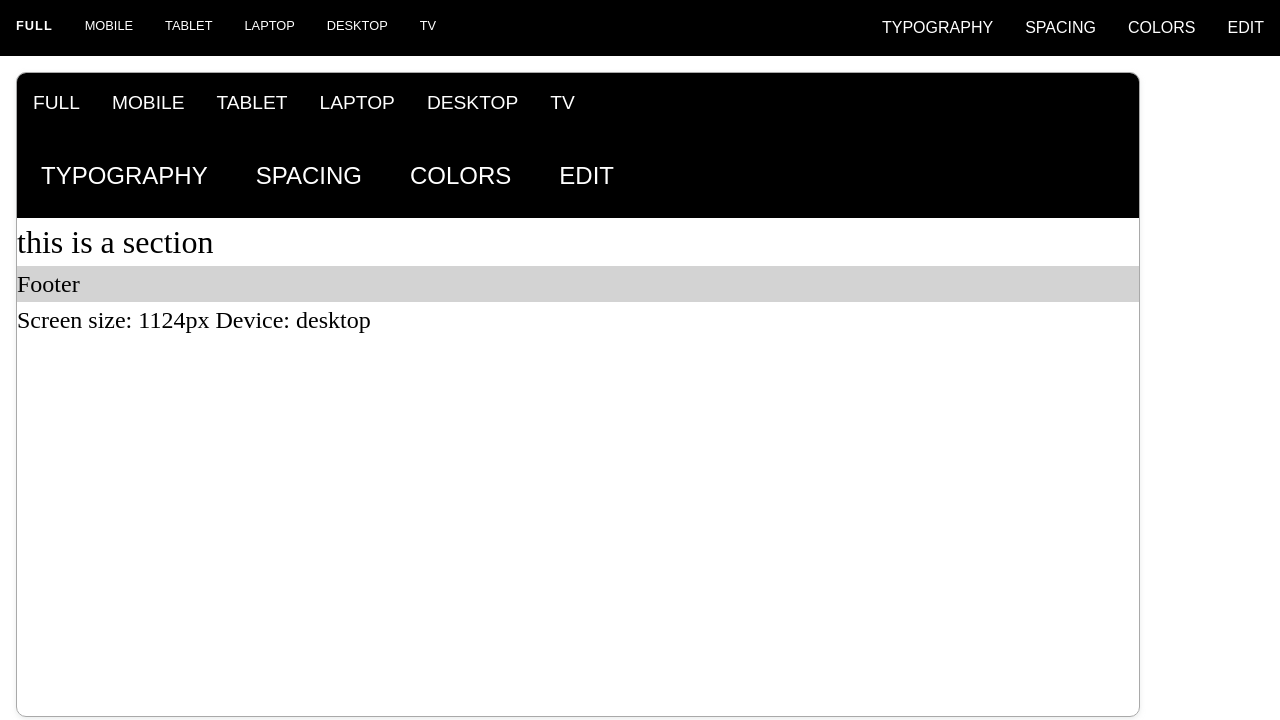
Repository: Terrycoco/coco-playground
Page: /, after clicking the first element matching `#mobile`
These files come from the project's save history. The page is drawn as it stood at one moment and after the next save; the edit follows.
The browser window is 1280 px wide. The pictures show the whole page.
The project was rebuilt for these pictures with package versions that can differ from the ones it lists, and the page was loaded fresh each time. The framework's server and built-in components were replaced by stand-ins that run in the browser. Also part of the build but not shown: next.config.js.

Above is the page before, as saved 2023-03-20 10:53:27.

### src/app/layout.js
//THIS FILE DEFINES BASIC HTML FOR WHOLE SITE
//YOU CAN OVERWRITE ANY METADATA IN INDIVIDUAL ROUTES ALSO
"use client";
import { Providers } from "./store/provider";
import "./globals.css";
import Header from "@/components/layout/Header.js";

import Footer from "@/components/layout/Footer";
import ScreenEmulator from "@/components/layout/ScreenEmulator";

//can't use metadata on files that use client
// export const metadata = {
//   title: "Theme Playground",
//   description: "Theme Playground By Coco",
// };

export default function RootLayout({ children }) {
  return (
    <html lang="en">
      <head>
        <title>Coco Theme Playground</title>
      </head>

      <body>
        <Providers>
          <>
            <Header />
            <ScreenEmulator>
              {children}
              <Footer />
            </ScreenEmulator>
          </>
        </Providers>
      </body>
    </html>
  );
}

### src/app/page.js
"use client";
import { useSelector, useDispatch } from "react-redux";
import { selectTheme } from "./store/slices/themeSlice";

export default function Page() {
  const theme = useSelector(selectTheme);
  console.log("page recd theme:", theme);
  return (
    <main>
      <section>this is a section</section>
    </main>
  );
}

// <section id="theme" style={getContainerStyle("section")}>
// <h1 style={getHStyle("h1")}>
//   This the result of your Theme{"   "}
//   <span style={styles.smgray}>(h1)</span>
// </h1>
// <h2 style={getHStyle("h2")}>
//   Your Default Styles Are Shown{"   "}
//   <span style={styles.smgray}>(h2)</span>
// </h2>
// <h3 style={getHStyle("h3")}>
//   You selected {`${levCount - 1}`} levels of headings.
//   <span style={styles.smgray}>(h3)</span>
// </h3>

// <h4 style={getHStyle("h4")}>
//   I am a heading level 4 {"   "}
//   <span style={styles.smgray}>(h4)</span>
// </h4>

// <h5 style={getHStyle("h5")}>
//   I am a heading level 5{"   "}
//   <span style={styles.smgray}>(h5)</span>
// </h5>

// <h6 style={getHStyle("h6")}>
//   I am a heading level 6{"   "}
//   <span style={styles.smgray}>(h6)</span>
// </h6>

// <p data-el="p" style={getTextStyle("p")}>
//   Your theme settings will show up here. These are the default styles
//   for each element, which will be consistent across your project. You
//   can, of course, alter them for individual elements as you see fit.{" "}
//   <span style={styles.smgray}>(p)</span>
// </p>
// <p data-el="p" style={getTextStyle("p")}>
//   This is the paragraph element. To set the font scale among the
//   different headings and at different screen resolutions, go to{" "}
//   <b>SCALE</b>. The rest of the paragraph settings can be found by
//   clicking <b>TEXT</b> <span style={styles.smgray}>(p)</span>
// </p>

// <p data-el="p" style={getTextStyle("p")}>
//   Don't like the spacing? Click <b>CONTAINERS</b> to set default padding
//   and margins for container elements like sections, the header and
//   footer, between paragraphs, etc.{" "}
//   <span style={styles.smgray}>(p)</span>
// </p>
// </section>
// <section id="colors" style={getContainerStyle("section")}>
// <h1 style={getHStyle("h1")}>
//   This the result of your Theme{"   "}
//   <span style={styles.smgray}>(h1)</span>
// </h1>
// <h2 style={getHStyle("h2")}>
//   Your Default Styles Are Shown{"   "}
//   <span style={styles.smgray}>(h2)</span>
// </h2>
// <h3 style={getHStyle("h3")}>
//   You selected {`${levCount - 1}`} levels of headings.
//   <span style={styles.smgray}>(h3)</span>
// </h3>

// <h4 style={getHStyle("h4")}>
//   I am a heading level 4 {"   "}
//   <span style={styles.smgray}>(h4)</span>
// </h4>

// <h5 style={getHStyle("h5")}>
//   I am a heading level 5{"   "}
//   <span style={styles.smgray}>(h5)</span>
// </h5>

// <h6 style={getHStyle("h6")}>
//   I am a heading level 6{"   "}
//   <span style={styles.smgray}>(h6)</span>
// </h6>

// <p data-el="p" style={getTextStyle("p")}>
//   Your typography styles will show up here. These are the default styles
//   for each element, which will be consistent across your project. You
//   can, of course, alter them for individual elements as you see fit.{" "}
//   <span style={styles.smgray}>(p)</span>
// </p>
// <p data-el="p" style={getTextStyle("p")}>
//   This is the paragraph element. To set the font scale among the
//   different headings and at different screen resolutions, go to{" "}
//   <b>SCALE</b>. The rest of the paragraph settings can be found by
//   clicking <b>TYPOGRAPHY</b> <span style={styles.smgray}>(p)</span>
// </p>

// <p data-el="p" style={getTextStyle("p")}>
//   Don't like the spacing? Click <b>SPACING</b> to set default padding
//   and margins for elements like sections, the header and footer, between
//   paragraphs, etc. <span style={styles.smgray}>(p)</span>
// </p>
// </section>

### src/app/store/provider.js
"use client";

import { Provider } from "react-redux";
import store from "./store";

export function Providers({ children }) {
  return <Provider store={store}>{children}</Provider>;
}

### src/app/globals.css
@import "./reset.css";

:root {
  font-size: 1rem;
}
body {
  margin: 0;
  min-height: 100vh;
}

header {
  background-color: black;
  color: white;
}

footer {
  background-color: lightgray;
  color: black;
}

section {
  font-size: 2rem;
}

### src/components/layout/Header.js
"use client";
import React from "react";
import { useSelector } from "react-redux";
import { selectTheme } from "@/slices/themeSlice";
import { selectVariables } from "@/slices/variablesSlice";
import DeviceMenu from "@/components/menus/DeviceMenu";
import MainMenu from "@/components/menus/MainMenu";

function Header() {
  const theme = useSelector(selectTheme);
  const variables = useSelector(selectVariables);

  const styles = {
    header: {
      display: "flex",
      justifyContent: "space-between",
      flexWrap: "wrap",
    },
  };

  const getHeaderStyles = () => {
    let styles = { ...theme.containers.header };
    styles.backgroundColor = variables[styles.backgroundColor];
    return styles;
  };

  return (
    <header style={styles.header}>
      <DeviceMenu />
      <MainMenu />
    </header>
  );
}

export default Header;

### src/components/layout/Footer.js
"use client";
import React from "react";

const Footer = () => {
  return <footer>Footer</footer>;
};

export default Footer;

### src/components/layout/ScreenEmulator.js
import { useState, useEffect } from "react";
import { useSelector } from "react-redux";
import { selectCurrentDevice, selectIsFullScreen } from "@/slices/uiSlice";
import { selectDevices, selectDeviceElements } from "@/slices/themeSlice";
import Header from "@/components/layout/Header";

const ScreenEmulator = ({ children, ...props }) => {
  const [width, setWidth] = useState("400px");
  const isFullScreen = useSelector(selectIsFullScreen);
  const device = useSelector(selectCurrentDevice);
  const devices = useSelector(selectDevices);
  const [baseFontSize, setBaseFontSize] = useState();
  const deviceFontSizes = useSelector(selectDeviceElements);

  //get some valid heights
  useEffect(() => {
    if (device && device.length > 0 && devices !== undefined) {
      if (isFullScreen) {
        setWidth(window.innerWidth);
      } else {
        console.log("device is:", device, "devices:", devices);
        let w = devices[device].min + 100 + "px";
        setWidth(w);
      }
      setBaseFontSize(deviceFontSizes[device].body.fontSize + "px");
    }
  }, [device, isFullScreen]);

  const getEmulation = () => {
    return {
      border: "1px solid darkgray",
      width: `${width}`,
      overflowX: "hidden",
      fontSize: `${baseFontSize}`,
      marginTop: "1rem",
      marginLeft: "1rem",
      height: window.innerHeight - 75 + "px",
      overflowY: "scroll",
      borderRadius: "10px",
      boxShadow: "rgba(213, 217, 217, 0.5) 0 2px 5px 0",
    };
  };

  if (isFullScreen == true) {
    return <>{children}</>;
  } else {
    return (
      <div style={getEmulation()}>
        <Header />
        {children}
        Screen size: {width} Device: {device}
      </div>
    );
  }
};

export default ScreenEmulator;

### src/app/store/slices/themeSlice.js
"use client";

import { createSlice, createSelector } from "@reduxjs/toolkit";
import { HYDRATE } from "next-redux-wrapper";
import { currentTheme } from "@/themes";

const initialState = {
  headingCount: currentTheme.headingCount,
  fonts: currentTheme.fonts,
  colors: currentTheme.colors,
  colorVariants: currentTheme.colorVariants,
  devices: currentTheme.devices,
  deviceElements: currentTheme.deviceElements,
  text: currentTheme.text,
  containers: currentTheme.containers,
};

export const themeSlice = createSlice({
  name: "theme",
  initialState,
  reducers: {
    updateText(state, action) {
      state.text[action.payload.element][action.payload.propName] =
        action.payload.value;
    },

    extraReducers: {
      [HYDRATE]: (state, action) => {
        return {
          ...state,
          ...action.payload.theme,
        };
      },
    },
  },
});

export const { updateText } = themeSlice.actions;
export const selectTheme = (state) => state.theme;
export const selectText = (state) => state.theme.text;
export const selectDevices = (state) => state.theme.devices;
export const selectDeviceElements = (state) => state.theme.deviceElements;
export default themeSlice.reducer;

### src/app/store/store.js
"use client"; //anything that will access redux must use client
import { configureStore } from "@reduxjs/toolkit";
import { themeSlice } from "./slices/themeSlice";
import { variablesSlice } from "./slices/variablesSlice";
import { uiSlice } from "./slices/uiSlice";

// config the store
const store = configureStore({
  reducer: {
    [themeSlice.name]: themeSlice.reducer,
    [variablesSlice.name]: variablesSlice.reducer,
    [uiSlice.name]: uiSlice.reducer,
  },
});

// export default the store
console.log("store:", store.getState());
export default store;

### src/app/reset.css
/* Box sizing rules */
*,
*::before,
*::after {
  box-sizing: border-box;
}

/* Remove default margin */
main,
html,
body,
h1,
h2,
h3,
h4,
h5,
h6,
p,
figure,
blockquote,
dl,
dd {
  margin: 0;
  padding: 0;
}

/* Remove list styles on ul, ol elements with a list role, which suggests default styling will be removed */
ul,
menu,
ol {
  list-style: none;
}

/* remove discs from list items */
li {
  list-style-type: none;
}

/* Set core root defaults */
html:focus-within {
  scroll-behavior: smooth;
}

/* Set core body defaults */
body {
  min-height: 100vh;
  text-rendering: optimizeSpeed;
  line-height: 1.5;
}

/* A elements that don't have a class get default styles */
a:not([class]) {
  text-decoration-skip-ink: auto;
}

/* Make images easier to work with */
img,
picture {
  max-width: 100%;
  display: block;
}

menu {
  margin-block-start: 0em;
  margin-block-end: 0em;
  margin-inline-start: 0px;
  margin-inline-end: 0px;
  padding-inline-start: 0px;
}

/* Inherit fonts for inputs and buttons */
input,
button,
textarea,
select {
  font: inherit;
}

/* remove any default font props */
body,
h1,
h2,
h3,
h4,
h5,
h6,
p {
  letter-spacing: normal;
  word-spacing: normal;
  line-height: 1.5;
  font-optical-sizing: auto;
}

/* Remove all animations, transitions and smooth scroll for people that prefer not to see them */
@media (prefers-reduced-motion: reduce) {
  html:focus-within {
    scroll-behavior: auto;
  }

  *,
  *::before,
  *::after {
    animation-duration: 0.01ms !important;
    animation-iteration-count: 1 !important;
    transition-duration: 0.01ms !important;
    scroll-behavior: auto !important;
  }
}

### src/app/store/slices/variablesSlice.js
import { createSlice } from "@reduxjs/toolkit";
import { HYDRATE } from "next-redux-wrapper";
import { currentTheme } from "@/themes";
import { updateColor, updateFont } from "@/app/store/sharedActions";

function toCSS(key) {
  var result = key.replace(/([A-Z])/g, " $1");
  return result.split(" ").join("-").toLowerCase();
}

const getFontVariable = (fontName) => {
  let str = fontName.replaceAll(" ", "-").toLowerCase();
  return `var(--font-${str})`;
};

const loadInitVariables = () => {
  let variables = {};
  let section, prefix;

  //fonts
  section = "fonts";
  prefix = "var(--font-";
  for (const key in currentTheme[section]) {
    variables[`${prefix}${key})`] = getFontVariable(currentTheme[section][key]);
  }

  //colors
  section = "colors";
  prefix = "var(--clr-";
  for (const key in currentTheme[section]) {
    variables[`${prefix}${key})`] = toCSS(currentTheme[section][key]);
  }

  //color variants
  section = "colorVariants";
  prefix = "var(--clr-";
  for (const key in currentTheme[section]) {
    variables[`${prefix}${key})`] = toCSS(currentTheme[section][key]);
  }

  return variables;
};

const initialState = loadInitVariables();

export const variablesSlice = createSlice({
  name: "variables",
  initialState,
  reducers: {
    updateVariable(state, action) {
      state[action.payload.key] = action.payload.value;
    },
  },
  extraReducers: (builder) => {
    builder
      .addCase(updateColor, (state, action) => {
        action.payload.map((obj) => {
          state[obj.themeVar] = obj.value;
        });
      })
      .addCase(updateFont, (state, action) => {
        console.log("got here:", action.payload);
        //theme variable (ie body) has been updated to another font
        state[action.payload.themeVar] = action.payload.fontVar;
      });
  },
});

export const { updateVariable } = variablesSlice.actions;
export const selectVariables = (state) => state.variables;
export default variablesSlice.reducer;

### src/components/menus/DeviceMenu.js
"use client";
import { useState, useEffect } from "react";
import { useSelector, useDispatch } from "react-redux";
import {
  selectCurrentDevice,
  updateCurrentDevice,
  updateIsFullScreen,
  selectIsFullScreen,
} from "@/slices/uiSlice";
import { selectDevices } from "@/slices/themeSlice";
import css from "./menu.module.css";

const DeviceMenu = () => {
  const currentDevice = useSelector(selectCurrentDevice);
  const fullScreen = useSelector(selectIsFullScreen);
  const dispatch = useDispatch();
  const devices = useSelector(selectDevices);
  const [userSize, setUserSize] = useState();
  const [userDevice, setUserDevice] = useState();

  useEffect(() => {
    setUserSize(window.innerWidth); //TODO MAKE RESPONSIVE
    let ud = getUserDevice(window.innerWidth, devices);
    console.log("userDevice:", ud);
    setUserDevice(ud);
    dispatch(updateCurrentDevice(ud));
  }, []);

  const styles = {
    menu: {
      display: "flex",
      flexDirection: "row",
      justifyContent: "space-evenly",
    },
    li: {
      fontFamily: "Arial",
      textTransform: "uppercase",
      fontSize: ".8em",
      padding: "1rem",
    },
  };

  const handleSelect = (e) => {
    const dev = e.target.id;
    if (dev === "full") {
      dispatch(updateIsFullScreen(true));
      dispatch(updateCurrentDevice(userDevice));
    } else {
      dispatch(updateCurrentDevice(dev));
      dispatch(updateIsFullScreen(false));
    }
  };

  return (
    <menu style={styles.menu}>
      <li id="full" style={styles.li} onClick={handleSelect} className={css.li}>
        Full
      </li>
      <li
        id="mobile"
        style={styles.li}
        className={css.li}
        onClick={handleSelect}
      >
        mobile
      </li>
      <li
        id="tablet"
        style={styles.li}
        className={css.li}
        onClick={handleSelect}
      >
        tablet
      </li>
      <li
        id="laptop"
        style={styles.li}
        className={css.li}
        onClick={handleSelect}
      >
        laptop
      </li>
      <li
        id="desktop"
        style={styles.li}
        className={css.li}
        onClick={handleSelect}
      >
        desktop
      </li>
      <li id="tv" style={styles.li} className={css.li} onClick={handleSelect}>
        tv
      </li>
    </menu>
  );
};

export default DeviceMenu;

function getUserDevice(size, devices) {
  for (const d in devices) {
    if (devices[d].min <= size && size <= devices[d].max) {
      return d;
    }
  }
}

### src/components/menus/MainMenu.js
"use client";
import React from "react";
import { useSelector } from "react-redux";
import { selectTheme } from "@/slices/themeSlice";
import { selectVariables } from "@/slices/variablesSlice";
import css from "./menu.module.css";

function MainMenu() {
  const theme = useSelector(selectTheme);
  const variables = useSelector(selectVariables);

  const styles = {
    menu: {
      display: "flex",
      justifyContent: "space-evenly",
    },
    li: {
      fontFamily: "Arial, Helvetica",
      fontSize: "1em",
      textTransform: "uppercase",
      padding: "1em",
    },
  };

  return (
    <menu style={styles.menu}>
      <li style={styles.li} className={css.li}>
        typography
      </li>
      <li style={styles.li} className={css.li}>
        spacing
      </li>
      <li style={styles.li} className={css.li}>
        colors
      </li>
      <li style={styles.li} className={css.li}>
        edit
      </li>
    </menu>
  );
}

export default MainMenu;

### src/app/store/slices/uiSlice.js
"use client";

//slice for ui state

import { createSlice, createSelector } from "@reduxjs/toolkit";
import { HYDRATE } from "next-redux-wrapper";

const initialState = {
  currentForm: "",
  currentDevice: "",
  isFullScreen: true,
  isDrawerOpen: false,
  currentTab: 1,
};

export const uiSlice = createSlice({
  name: "ui",
  initialState,
  reducers: {
    updateCurrentForm(state, action) {
      state.currentForm = action.payload;
    },
    updateCurrentTab(state, action) {
      state.currentTab = action.payload;
    },
    updateCurrentDevice(state, action) {
      console.log("updateDevice: ", action);
      state.currentDevice = action.payload;
    },
    updateIsDrawerOpen(state, action) {
      state.isDrawerOpen = action.payload;
    },
    updateIsFullScreen(state, action) {
      state.isFullScreen = action.payload;
    },

    extraReducers: {
      [HYDRATE]: (state, action) => {
        return {
          ...state,
          ...action.payload.ui,
        };
      },
    },
  },
});

export const {
  updateCurrentForm,
  updateCurrentDevice,
  updateCurrentTab,
  updateIsDrawerOpen,
  updateIsFullScreen,
} = uiSlice.actions;
export const selectCurrentDevice = (state) => state.ui.currentDevice;
export const selectCurrentTab = (state) => state.ui.currentTab;
export const selectCurrentForm = (state) => state.ui.currentForm;
export const selectIsDrawerOpen = (state) => state.ui.isDrawerOpen;
export const selectIsFullScreen = (state) => state.ui.isFullScreen;
export default uiSlice.reducer;

### src/themes/index.js
import init from "./init";

module.exports = { currentTheme: init };

### src/app/store/sharedActions.js
import { createAction } from "@reduxjs/toolkit";
const varKeys = [75, 50, 25, 10, 5];

const updateColor = createAction("UPDATE_COLOR", function prepare(obj) {
  //any time theme color is updated, so are variants so pass those in with the payload
  console.log("shared updateColor", obj);
  let key = obj.key;
  let payloadVal = [];
  let newhex = obj.value;
  if (key !== "error" && key !== "whitish") {
    varKeys.map((pct) => {
      let variantKey = `${key}${pct}`;
      let val = getPctOfHex(newhex, pct);
      payloadVal.push({
        key: variantKey,
        value: val,
        section: "variants",
        themeVar: `var(--clr-${variantKey})`,
      });
    });
  }
  //push original one
  payloadVal.push({
    key: key,
    value: newhex,
    section: "themed",
    themeVar: `var(--clr-${key})`,
  });
  //console.log("newpayload:", payloadVal);
  return { payload: payloadVal };
});

const updateFont = createAction("UPDATE_FONT", function prepare(obj) {
  console.log("fontobj:", obj);
  /*shape of font payload
      propName: "body",
      name: "Gelasio",
      themeVar: "var(--font-body)",
      fontVar: "var(--font-gelasio)" */

  return { payload: obj };
});

module.exports = { updateColor, updateFont };

// util functions to calculate variant values --------------
function hexToHSL(H) {
  // Convert hex to RGB first
  let r = 0,
    g = 0,
    b = 0;
  if (H.length == 4) {
    r = "0x" + H[1] + H[1];
    g = "0x" + H[2] + H[2];
    b = "0x" + H[3] + H[3];
  } else if (H.length == 7) {
    r = "0x" + H[1] + H[2];
    g = "0x" + H[3] + H[4];
    b = "0x" + H[5] + H[6];
  }
  // Then to HSL
  r /= 255;
  g /= 255;
  b /= 255;
  let cmin = Math.min(r, g, b),
    cmax = Math.max(r, g, b),
    delta = cmax - cmin,
    h = 0,
    s = 0,
    l = 0;

  if (delta == 0) h = 0;
  else if (cmax == r) h = ((g - b) / delta) % 6;
  else if (cmax == g) h = (b - r) / delta + 2;
  else h = (r - g) / delta + 4;

  h = Math.round(h * 60);

  if (h < 0) h += 360;

  l = (cmax + cmin) / 2;
  s = delta == 0 ? 0 : delta / (1 - Math.abs(2 * l - 1));
  s = +(s * 100).toFixed(1);
  l = +(l * 100).toFixed(1);

  return { h: h, s: s, l: l };
}
function getPctOfHex(hex, pct) {
  //incoming pct is pct opacity of orig color
  let inverted = 100 - pct;
  //convert incoming to hsl
  let hsl = hexToHSL(hex);

  //current lightness is 0%;
  let currentLightPct = hsl.l;
  let remainingLightPct = 100 - currentLightPct;
  let onepct = remainingLightPct / 100;
  let desiredPct = onepct * inverted + currentLightPct;
  let result = HSLToHex(hsl.h, hsl.s, desiredPct);
  return result;
}
function HSLToHex(h, s, l) {
  s /= 100;
  l /= 100;

  let c = (1 - Math.abs(2 * l - 1)) * s,
    x = c * (1 - Math.abs(((h / 60) % 2) - 1)),
    m = l - c / 2,
    r = 0,
    g = 0,
    b = 0;

  if (0 <= h && h < 60) {
    r = c;
    g = x;
    b = 0;
  } else if (60 <= h && h < 120) {
    r = x;
    g = c;
    b = 0;
  } else if (120 <= h && h < 180) {
    r = 0;
    g = c;
    b = x;
  } else if (180 <= h && h < 240) {
    r = 0;
    g = x;
    b = c;
  } else if (240 <= h && h < 300) {
    r = x;
    g = 0;
    b = c;
  } else if (300 <= h && h < 360) {
    r = c;
    g = 0;
    b = x;
  }
  // Having obtained RGB, convert channels to hex
  r = Math.round((r + m) * 255).toString(16);
  g = Math.round((g + m) * 255).toString(16);
  b = Math.round((b + m) * 255).toString(16);

  // Prepend 0s, if necessary
  if (r.length == 1) r = "0" + r;
  if (g.length == 1) g = "0" + g;
  if (b.length == 1) b = "0" + b;

  return "#" + r + g + b;
}

### src/components/menus/menu.module.css
.li:hover {
  font-weight: 700;
  letter-spacing: 1px;
}

Loaded but not shown: src/themes/init.js (303 lines, source omitted)

After the next save:
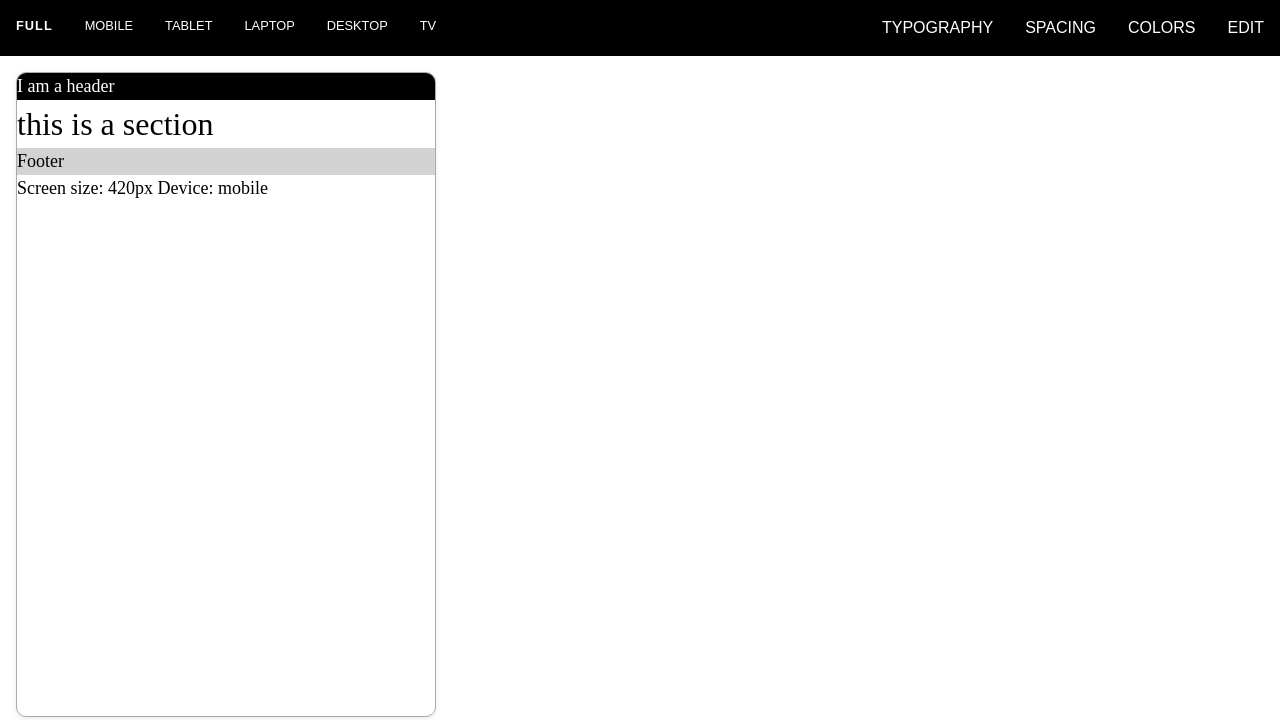
Saved 3 min 46 s later.
--- a/src/components/layout/ScreenEmulator.js
+++ b/src/components/layout/ScreenEmulator.js
@@ -46,7 +46,7 @@ const ScreenEmulator = ({ children, ...props }) => {
   } else {
     return (
       <div style={getEmulation()}>
-        <Header />
+        <header>I am a header</header>
         {children}
         Screen size: {width} Device: {device}
       </div>
